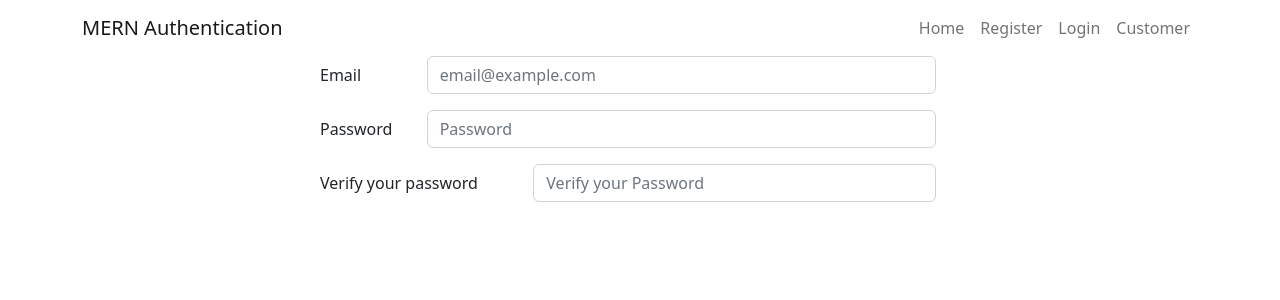
Repository: RubaHusam/MERN-Auth
Page: /register (app in frontend/)
These files come from the project's save history. The page is drawn as it stood at one moment and after the next save; the edit follows.
The browser window is 1280 px wide. The pictures show the whole page.
The project was rebuilt for these pictures with package versions that can differ from the ones it lists, and the page was loaded fresh each time.

Above is the page before, as saved 2023-01-27 19:01:04.

After the next save:
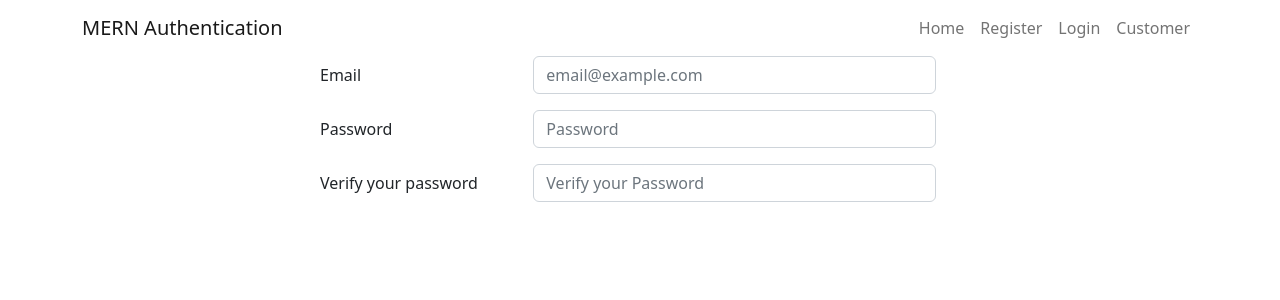
Saved 36 s later.
--- a/frontend/src/components/Auth/Register.js
+++ b/frontend/src/components/Auth/Register.js
@@ -7,20 +7,20 @@ export default function Register() {
       <Form style={{ width: '50%' }}>
         {/* Email */}
         <Form.Group as={Row} className='mb-3' controlId='formPlaintextEmail'>
-          <Form.Label column sm='2'>
+          <Form.Label column lg='4' sm='2'>
             Email
           </Form.Label>
-          <Col sm='10'>
+          <Col lg='8' sm='10'>
             <Form.Control type='email' placeholder='email@example.com' />
           </Col>
         </Form.Group>
 
         {/* Password */}
         <Form.Group as={Row} className='mb-3' controlId='formPlaintextPassword'>
-          <Form.Label column sm='2'>
+          <Form.Label column lg='4' sm='2'>
             Password
           </Form.Label>
-          <Col sm='10'>
+          <Col lg='8' sm='10'>
             <Form.Control type='password' placeholder='Password' />
           </Col>
         </Form.Group>
